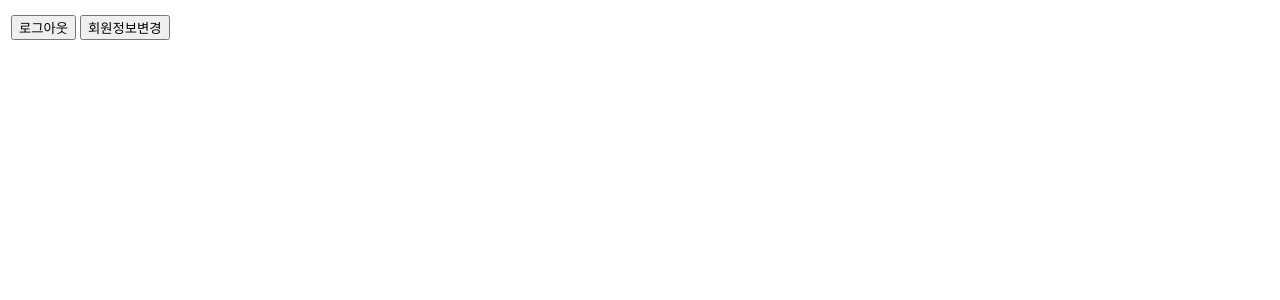
Repository: lch901/webStudy
Page: http://localhost/beanPro/main.jsp
These files come from the project's save history. The page is drawn as it stood at one moment and after the next save; the edit follows.
The browser window is 1280 px wide. The pictures show the whole page.
The page is served by Tomcat 9. Other server files are loaded and not shown.

Above is the page before, as saved 2020-08-25 00:47:24.

### beanPro/WebContent/main.jsp
<%@ page language="java" contentType="text/html; charset=UTF-8"
    pageEncoding="UTF-8"%>
<!DOCTYPE html PUBLIC "-//W3C//DTD HTML 4.01 Transitional//EN" "http://www.w3.org/TR/html4/loose.dtd">
<html>
<head>
<meta http-equiv="Content-Type" content="text/html; charset=UTF-8">
<title>Insert title here</title>
</head>
<body>
	<form action="logout.jsp" method="get">
		<table>
			<tr>
				<td></td>
			</tr>
			<tr>
				<td>
					<input type="submit" value="로그아웃">
					<input type="button" value="회원정보변경" onclick="location.href='memberUpdate.jsp'">
				</td>
			</tr>
		</table>
	</form>
</body>
</html>

After the next save:
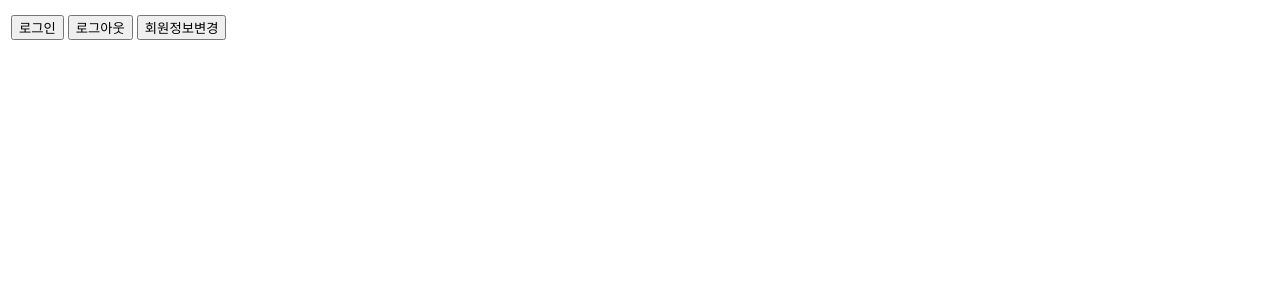
Saved 17 s later.
--- a/beanPro/WebContent/main.jsp
+++ b/beanPro/WebContent/main.jsp
@@ -14,6 +14,7 @@
 			</tr>
 			<tr>
 				<td>
+					<input type="submit" value="로그인">
 					<input type="submit" value="로그아웃">
 					<input type="button" value="회원정보변경" onclick="location.href='memberUpdate.jsp'">
 				</td>

After the 2 saves that followed:
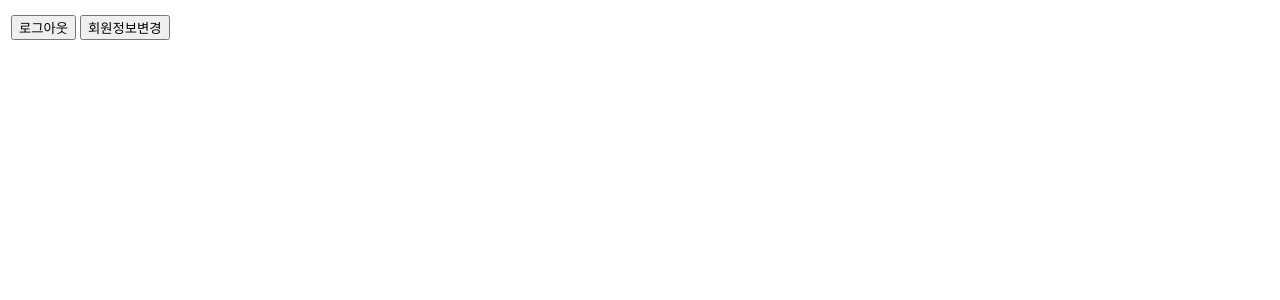
The 2 saves are shown as one change because they came seconds apart.
The last was saved 13 s later.
--- a/beanPro/WebContent/main.jsp
+++ b/beanPro/WebContent/main.jsp
@@ -13,8 +13,8 @@
 				<td></td>
 			</tr>
 			<tr>
-				<td>
-					<input type="submit" value="로그인">
+				<td colspan="2">
+					<!-- <input type="submit" value="로그인"> -->
 					<input type="submit" value="로그아웃">
 					<input type="button" value="회원정보변경" onclick="location.href='memberUpdate.jsp'">
 				</td>
